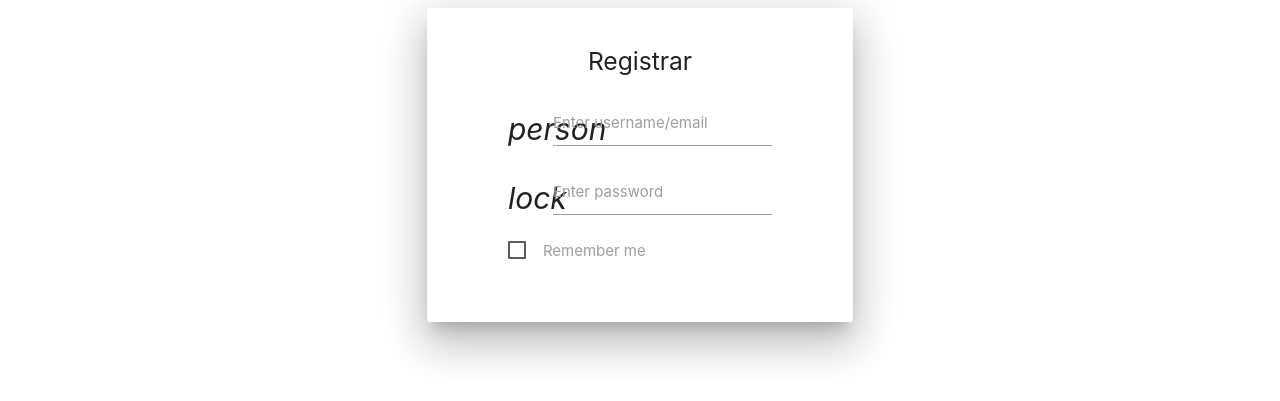
Repository: luizasilveira/TechWeb
Page: http://localhost/techWebP1/Cadastro.jsp
The author's editor kept a copy of each file at every save. The page is drawn from the files as they stood at one save, then again after the next save.
The browser window is 1280 px wide. The pictures show the whole page.
The page is served by Tomcat 9.

Above is the page before, as saved 2019-09-10 12:24:35.

After the next save:
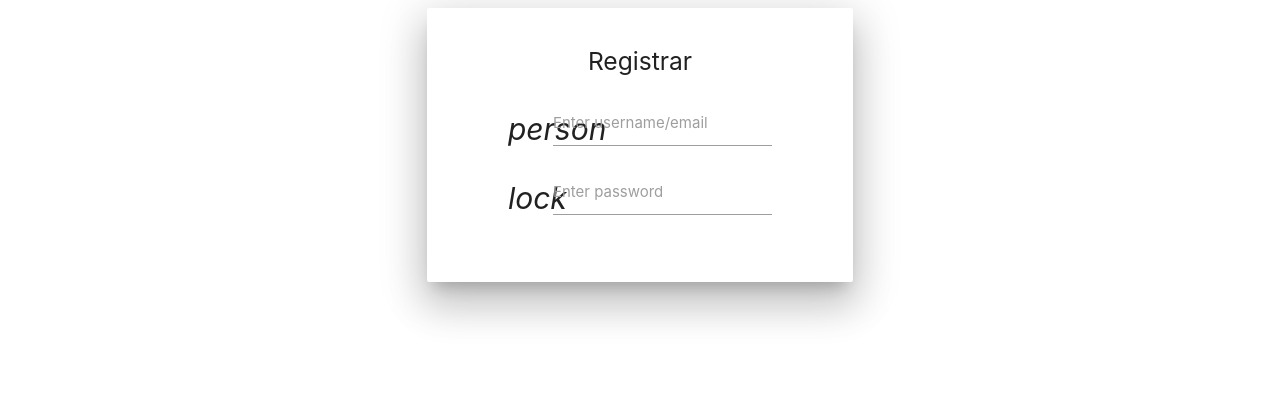
Saved 53 s later.
--- a/Projeto1/techWebP1/WebContent/Cadastro.jsp
+++ b/Projeto1/techWebP1/WebContent/Cadastro.jsp
@@ -41,13 +41,7 @@
 											type="password" name="pass1"> <label>Enter
 											password</label>
 									</div>
-									<p>
-										<label> <input type="checkbox"> <span>Remember
-												me</span>
-										</label>
-									</p>
 								</div>
-
 							</div>
 						</div>
 					</div>
